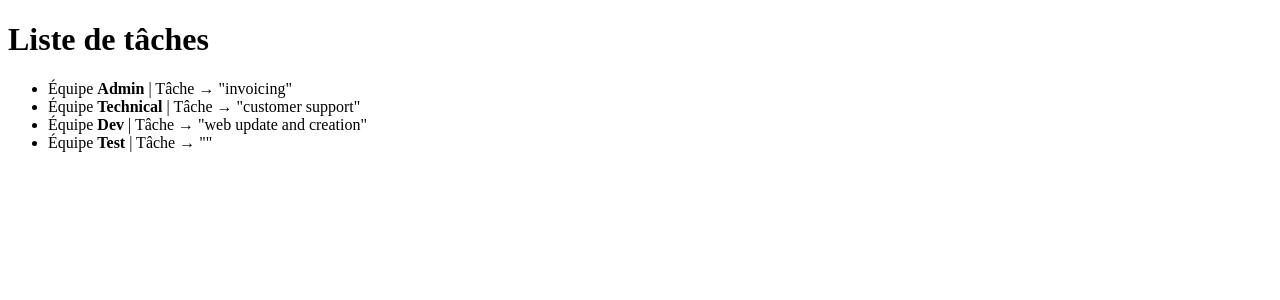
Repository: 0Memo/tasksHandler
Page: http://localhost/tasks
The author's editor kept a copy of each file at every save. The page is drawn from the files as they stood at one save, then again after the next save.
The browser window is 1280 px wide. The pictures show the whole page.
The page is served by the project's Laravel application, run on PHP 8.4 with Laravel 10.

Above is the page before, as saved 2023-05-22 14:20:53.

After the next save:
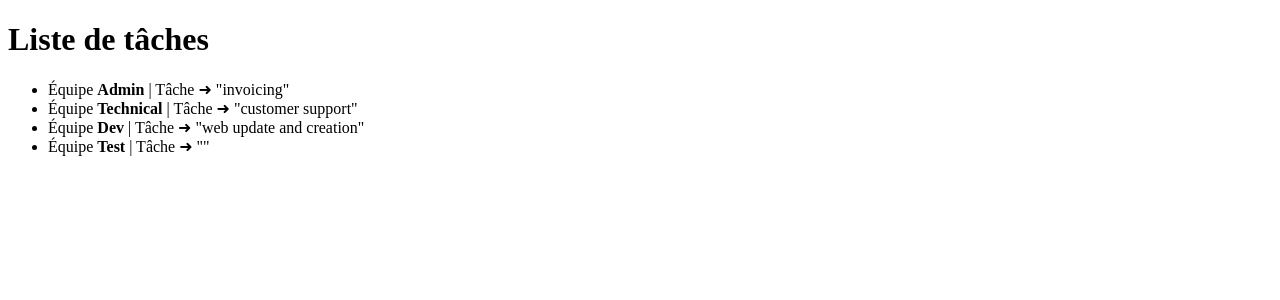
Saved 14 s later.
--- a/resources/views/tasksList.blade.php
+++ b/resources/views/tasksList.blade.php
@@ -7,7 +7,7 @@
     <h1>Liste de tâches</h1>
     <ul>
         @foreach($tasks as $task)
-            <li>Équipe <strong>{{ $task['team_name'] }}</strong> | Tâche → "{{ $task['task'] }}"</li>
+            <li>Équipe <strong>{{ $task['team_name'] }}</strong> | Tâche ➜ "{{ $task['task'] }}"</li>
         @endforeach
     </ul>
 </body>
